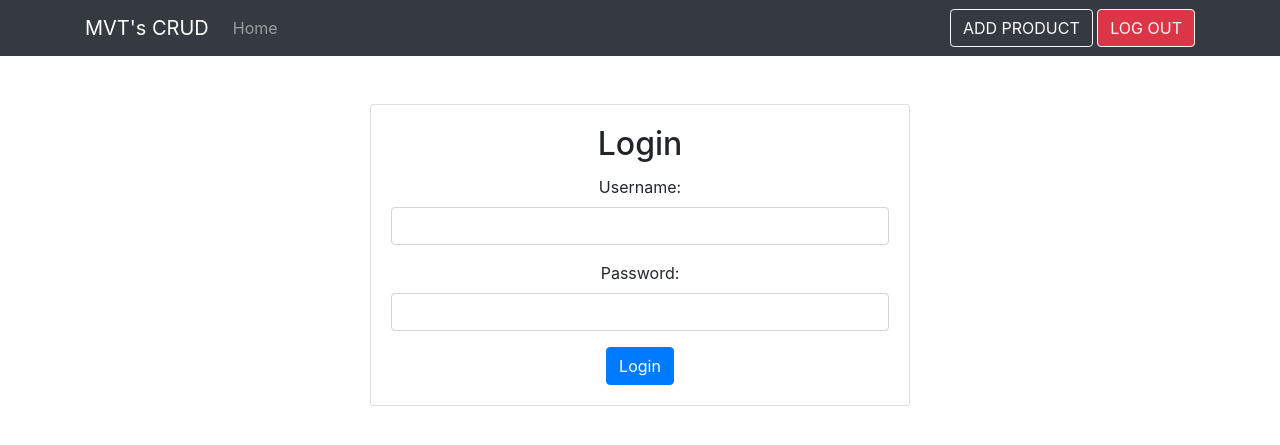
Repository: tammv/crud_product
Page: /
The author's editor kept a copy of each file at every save. The page is drawn from the files as they stood at one save, then again after the next save.
The browser window is 1280 px wide. The pictures show the whole page.
The project was rebuilt for these pictures with package versions that can differ from the ones it lists, and the page was loaded fresh each time. Also part of the build but not shown: src/index.css, src/components/pages/ManageProduct.js, src/components/pages/NotFound.js, src/components/products/UpdateProduct.js, src/components/products/Product.js, src/components/products/AddProduct.js.

Above is the page before, as saved 2023-07-11 02:37:16.

After the next save:
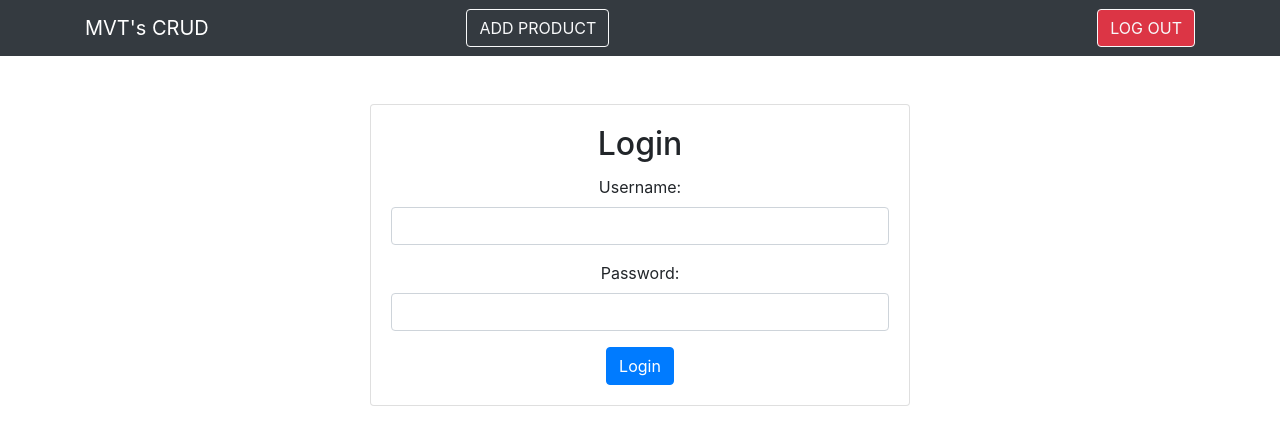
Saved 14 s later.
--- a/src/components/layout/Navbar.js
+++ b/src/components/layout/Navbar.js
@@ -27,15 +27,6 @@ const Navbar = () => {
         >
           <span className="navbar-toggler-icon"></span>
         </button>
-        <div className="collapse navbar-collapse">
-          <ul className="navbar-nav mr-auto">
-            <li className="nav-item ">
-              <NavLink className="nav-link" exact to="/manage-product">
-                Home
-              </NavLink>
-            </li>
-          </ul>
-        </div>
         <Link className="btn btn-outline-light " to="/products/add">
           ADD PRODUCT
         </Link>
